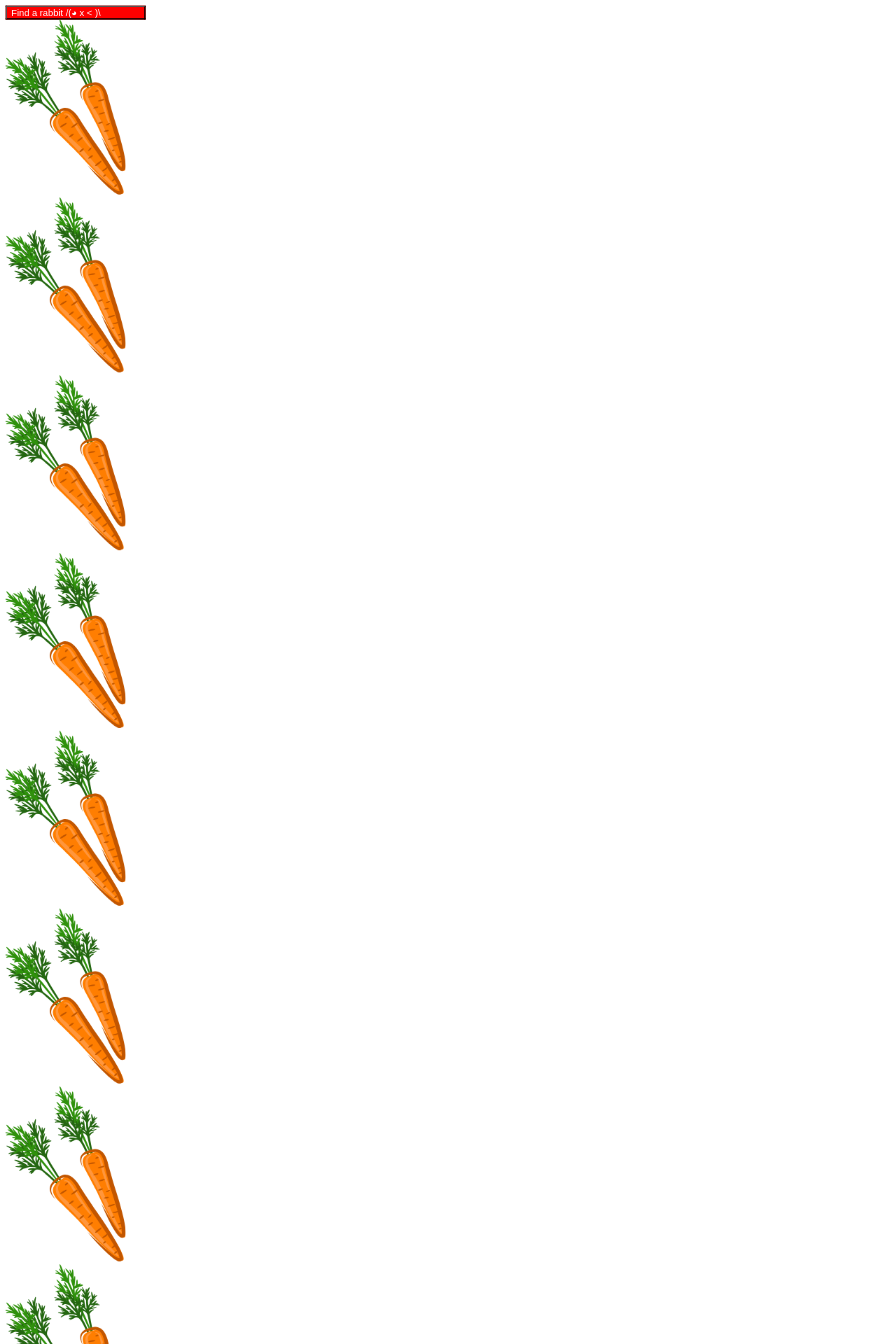
Repository: DongjaJ/Browser
Page: rabbits practice/index.html
The author's editor kept a copy of each file at every save. The page is drawn from the files as they stood at one save, then again after the next save.
The browser window is 1280 px wide. The pictures show the part of the page from y = 0 to 1920 px (the page is 3845 px tall), at 70% of full size.

Above is the page before, as saved 2022-09-14 23:00:10.

### rabbits practice/index.html
<!DOCTYPE html>
<html lang="en">
  <head>
    <meta charset="UTF-8" />
    <meta name="viewport" content="width=device-width, initial-scale=1.0" />
    <title>Scroll</title>
    <style>
      button{
        color: white;
        background-color: red;
        width: 200px;
        height: 20px;
        display: flex;
        align-items: center;
        text-align: center;
      }
    </style>
  </head>
  <body>
    <script></script>
    <button>Find a rabbit  /(◕ x < )\</button>
    <div> <img src="./img/carrot.png" alt=""> </div>
    <div> <img src="./img/carrot.png" alt=""> </div>
    <div> <img src="./img/carrot.png" alt=""> </div>
    <div> <img src="./img/carrot.png" alt=""> </div>
    <div> <img src="./img/carrot.png" alt=""> </div>
    <div> <img src="./img/carrot.png" alt=""> </div>
    <div> <img src="./img/carrot.png" alt=""> </div>
    <div> <img src="./img/carrot.png" alt=""> </div>
    <div> <img src="./img/carrot.png" alt=""> </div>
    <div> <img src="./img/carrot.png" alt=""> </div>

    <div><img src="./img/rabbit.png" class="rabbit" alt=""></div>

    <div> <img src="./img/carrot.png" alt=""> </div>
    <div> <img src="./img/carrot.png" alt=""> </div>
    <div> <img src="./img/carrot.png" alt=""> </div>
    <div> <img src="./img/carrot.png" alt=""> </div>
  </body>
</html>

After the next save:
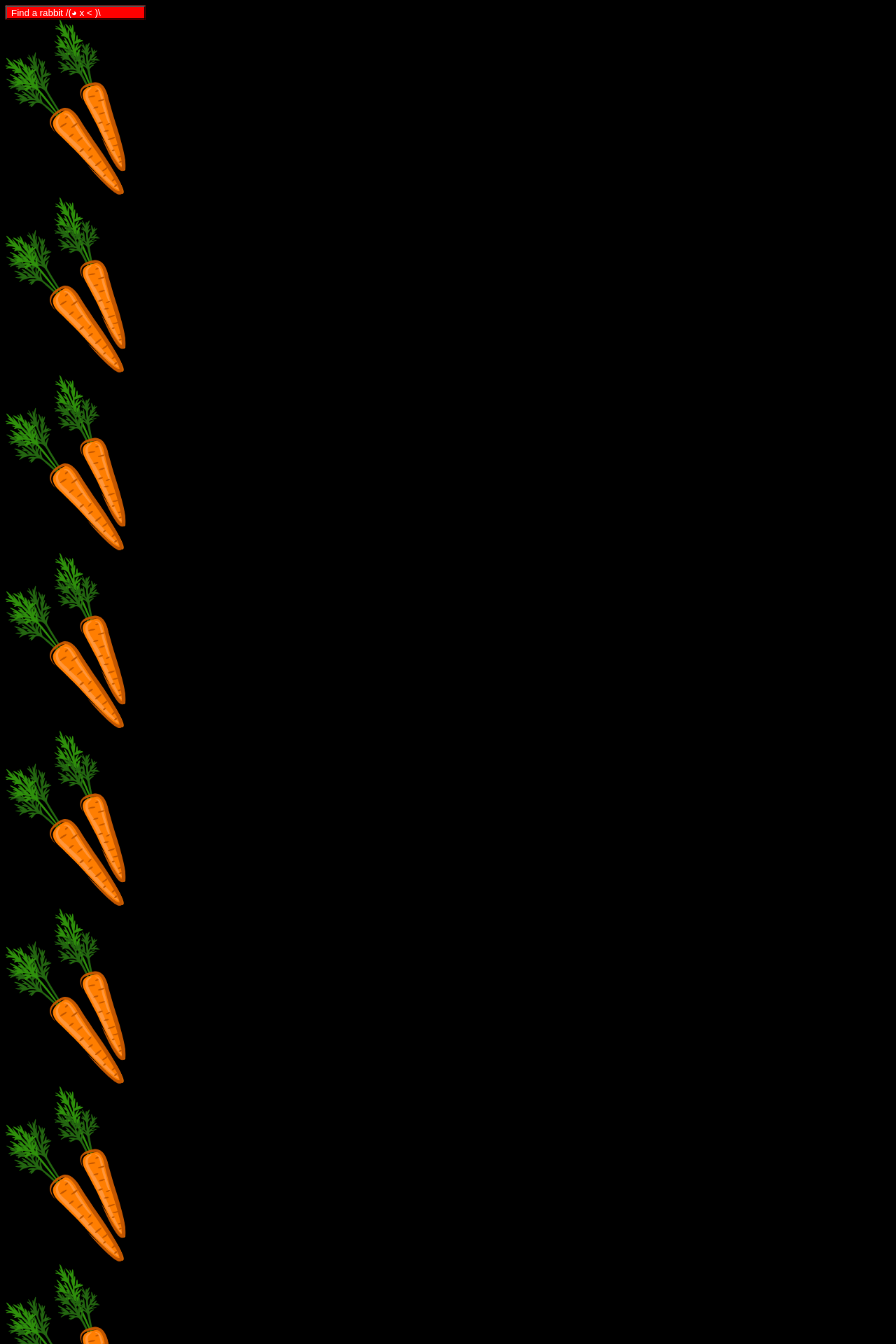
Saved 20 s later.
--- a/rabbits practice/index.html
+++ b/rabbits practice/index.html
@@ -5,6 +5,10 @@
     <meta name="viewport" content="width=device-width, initial-scale=1.0" />
     <title>Scroll</title>
     <style>
+      body{
+        background-color: black;
+      }
+
       button{
         color: white;
         background-color: red;
